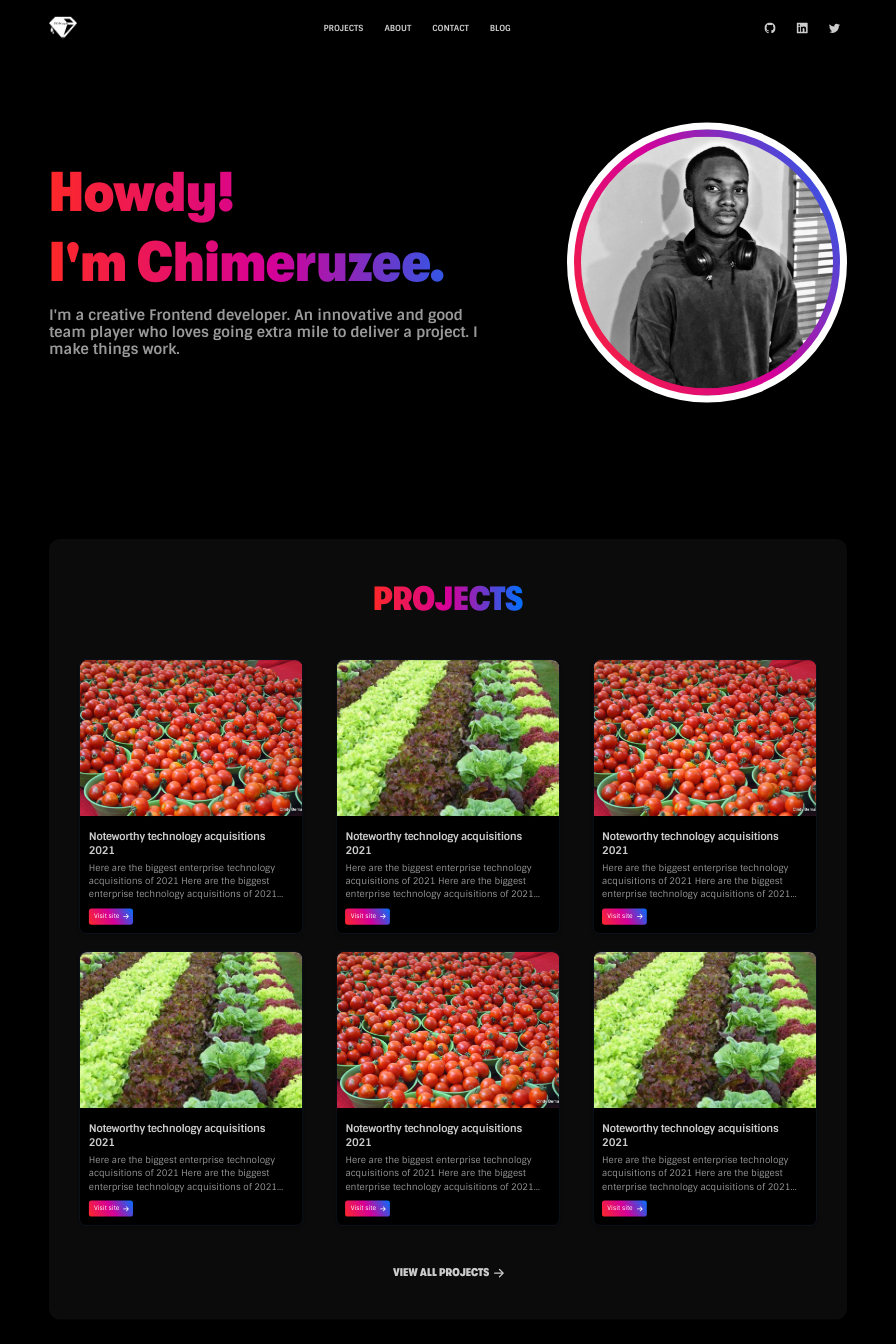
Repository: Ehceyn/ChimeruzeePortfolio
Page: /
These files come from the project's save history. The page is drawn as it stood at one moment and after the next save; the edit follows.
The browser window is 1280 px wide. The pictures show the part of the page from y = 0 to 1920 px (the page is 2801 px tall), at 70% of full size.
The project was rebuilt for these pictures with package versions that can differ from the ones it lists, and the page was loaded fresh each time. The framework's server and built-in components were replaced by stand-ins that run in the browser. Also part of the build but not shown: next.config.js.

Above is the page before, as saved 2022-07-04 22:28:27.

### pages/_app.js
import Layout from "../src/components/Layout/Layout";
import "../styles/global.css";

function MyApp({ Component, pageProps }) {
  return (
    <Layout>
      <Component {...pageProps} />
    </Layout>
  );
}

export default MyApp;

### pages/index.js
import MetaHead from "../src/components/MetaHead/MetaHead";
import Header from "../src/components/Header/Header";
import Hero from "../src/components/Hero/Hero";
import Projects from "../src/components/Projects/Projects";
import Technologies from "../src/components/Technologies/Technologies";
import Timeline from "../src/components/Timeline/Timeline";
import Accomplishments from "../src/components/Accomplishments/Accomplishments";
import Contact from "../src/components/Contact/Contact";
import Footer from "../src/components/Footer/Footer";

export default function Home() {
  return (
    <>
      <MetaHead
        title="Chimeruzee | Front-end developer"
        contentKeyword="web development, react development, frontend development, web design, programming"
        contentDescription="A Web designer and developer's portfolio"
      />
      <Header />
      <Hero />
      <Projects />
      <Technologies />
      <Timeline />
      <Accomplishments />
      <Contact />
      <Footer />
    </>
  );
}

### src/components/Layout/Layout.js
import React from "react";

function Layout({ children }) {
  return <>{children}</>;
}

export default Layout;

### styles/global.css
@font-face {
  font-family: GTWalsheimPro;
  src: url(/fonts/GTWalsheimPro-CondensedBlack/GTWalsheimPro-CondensedBlack.ttf); /* IE9 Compat Modes */
  src: url(/fonts/GTWalsheimPro-CondensedBlack/GTWalsheimPro-CondensedBlack.ttf?iefix)
      format("embedded-opentype") /* IE6-IE8 */,
    url(/fonts/GTWalsheimPro-CondensedBlack/GTWalsheimPro-CondensedBlack.woff)
      format("woff") /* Super Modern Browsers */,
    url(/fonts/GTWalsheimPro-CondensedBlack/GTWalsheimPro-CondensedBlack.woff2)
      format("woff2") /* Pretty Modern Browsers */,
    url(/fonts/GTWalsheimPro-CondensedBlack/GTWalsheimPro-CondensedBlack.ttf)
      format("truetype"); /* Safari, Android, iOS */
  font-weight: 900;
  font-style: normal;
}

@font-face {
  font-family: Sintony-Bold;
  src: url(/fonts/Sintony/Sintony-Bold.ttf); /* IE9 Compat Modes */
  font-style: normal;
}

@font-face {
  font-family: Sintony-Regular;
  src: url(/fonts/Sintony/Sintony-Regular.ttf); /* IE9 Compat Modes */
  font-style: normal;
}

@tailwind base;
@tailwind components;
@tailwind utilities;

* {
  box-sizing: border-box;
  margin: 0;
  padding: 0;
}
html {
  font-size: 62.5%;
  scroll-behavior: smooth;
  background: black;
}
body {
  font-family: Sintony-Regular, "Segoe UI", sans-serif;
  font-size: 1.6rem;
  background: black;
  color: #ccc;
  cursor: default;
  max-width: 1700px;
  margin: auto;
}
h1 {
  display: flex;
  align-items: center;
  width: 100%;
  height: fit-content;
  font-size: 5em;
  color: gray;
  background: -webkit-linear-gradient(180deg, #0070fdff, #d50098ff, #fd2828);
  -webkit-background-clip: text;
  -webkit-text-fill-color: transparent;
  flex-wrap: wrap;
}
h2 {
  display: flex;
  align-items: center;
  width: fit-content;
  height: fit-content;
  font-size: 3em;
  color: gray;
  background: -webkit-linear-gradient(180deg, #0070fdff, #d50098ff, #fd2828);
  -webkit-background-clip: text;
  -webkit-text-fill-color: transparent;
  flex-wrap: wrap;
}
h3 {
  font-family: Sintony-Bold, "Segoe UI", sans-serif;
  font-size: 1.3em;
  line-height: 1.2;
  color: #999;
}

h4 {
  font-family: Sintony-Bold, "Segoe UI", sans-serif;
  font-size: 1.3em;
  line-height: 1.2;
}

p {
  font-size: 0.8em;
  color: #999;
  line-height: 1.5;
}

h1,
h2,
h5,
h6,
button {
  font-family: GTWalsheimPro, "Segoe UI", sans-serif;
}

.card-text {
  overflow: hidden;
  text-overflow: ellipsis;
  display: -webkit-box;
  -webkit-line-clamp: 3; /* number of lines to show */
  -webkit-box-orient: vertical;
}

nav .navlinks {
  display: flex;
  align-items: center;
  width: fit-content;
  height: inherit;
  text-transform: uppercase;
  font-size: 12px;
  font-family: Sintony-Bold, "Segoe UI", sans-serif;
  cursor: pointer;
}

nav .navlinks:focus {
  color: #0070fdff;
}

a {
  text-decoration: none;
}
li {
  list-style: none;
}

.sectionStyle {
  display: flex;
  align-items: center;
  width: 100%;
  height: fit-content;
  padding: 30px 100px;
}

/* Linear Gradient background for hero image */
.background {
  background: -webkit-linear-gradient(210deg, #0070fdff, #d50098ff, #fd2828);
}
/* Linear Gradient Border for hero image */
.border-gradient {
  background: linear-gradient(210deg, #0070fdff, #d50098ff, #fd2828) border-box,
    linear-gradient(210deg, #0070fdff, #d50098ff, #fd2828) padding-box;
}

.hero {
  /* position: relative; */
  z-index: 10;
  background-color: rgba(179, 174, 174, 0.562);
}

/* .hero::before {
  content: "";
  background-size: cover;
  position: absolute;
  z-index: -1;
  top: 0px;
  right: 0px;
  bottom: 0px;
  left: 0px;
  opacity: 0.95;
  background: url("/images/meruz-bw.jpg") no-repeat center/cover;
} */

/*
   accent1: "hsl(34.9,98.6%,72.9%)",
    button: "hsl(205.1,100%,36.1%)",
    background2: "hsl(232.7,27.3%,23.7%)", */

### src/components/MetaHead/MetaHead.js
import Head from "next/head";

import React from "react";

function MetaHead(props) {
  return (
    <Head>
      <title>{props.title}</title>
      <meta name="description" content={props.contentKeyword} />
      <meta name="keywords" content={props.contentDescription} />
      <link rel="icon" href="/favicon.ico" />
    </Head>
  );
}

export default MetaHead;

### src/components/Header/Header.js
import React from "react";
import { BsGithub, BsLinkedin, BsTwitter } from "react-icons/bs";

import Image from "next/image";

function Header() {
  return (
    <header className="flex items-center justify-center w-full h-[80px] px-[70px] fixed bg-[#000000a2] backdrop-blur-md shadow-sm t-0 inset-x-0 z-30">
      <div className="flex items-center justify-between w-[inherit] h-[inherit]">
        <Image
          src="/images/immersewhite.png"
          height="40px"
          width="40px"
          alt="Logo"
          objectFit="contain"
        />
        <nav className="flex items-center w-fit h-fit space-x-4">
          <article className="navlinks hover:bg-[#2020205b] p-4 hover:rounded-lg hover:scale-105 active:scale-100 transition-all duration-200">
            Projects
          </article>
          <article className="navlinks hover:bg-[#2020205b] p-4 hover:rounded-lg hover:scale-105 active:scale-100 transition-all duration-200">
            About
          </article>
          <article className="navlinks hover:bg-[#2020205b] p-4 hover:rounded-lg hover:scale-105 active:scale-100 transition-all duration-200">
            Contact
          </article>
          <article className="navlinks hover:bg-[#2020205b] p-4 hover:rounded-lg hover:scale-105 active:scale-100 transition-all duration-200">
            Blog
          </article>
        </nav>
        <div className="flex items-center w-fit h-[inherit] space-x-4">
          <article className="cursor-pointer hover:bg-[#2020205b] p-4 hover:rounded-lg hover:scale-105 active:scale-100 transition-all duration-200">
            <BsGithub className="text-[#ccc] text-[16px]" />
          </article>
          <article className="cursor-pointer hover:bg-[#2020205b] p-4 hover:rounded-lg hover:scale-105 active:scale-100 transition-all duration-200">
            {" "}
            <BsLinkedin className="text-[#ccc] text-[16px]" />
          </article>
          <article className="cursor-pointer hover:bg-[#2020205b] p-4 hover:rounded-lg hover:scale-105 active:scale-100 transition-all duration-200">
            {" "}
            <BsTwitter className="text-[#ccc] text-[16px]" />
          </article>
        </div>
      </div>
    </header>
  );
}

export default Header;

### src/components/Hero/Hero.js
import React, { useState } from "react";
import { motion } from "framer-motion";
import Image from "next/image";
import { heroImage } from "../../../animations/animation";

function Hero() {
  const [degree, setDegree] = useState(210);
  setInterval(() => {
    if (degree <= 360) {
      setDegree(degree + 5);
    } else {
      setDegree(0);
    }
  }, 1000);

  /* Linear Gradient Border for hero image */
  const borderGradient = {
    background: `linear-gradient(${degree}deg, #0070fdff, #d50098ff, #fd2828) border-box, linear-gradient(${degree}deg, #0070fdff, #d50098ff) padding-box`,
  };

  return (
    <section className="flex justify-between items-center w-full h-[100vh]  pt-[80px] pb-20 px-[70px] ">
      {/* <video
        src="/video/vid.mp4"
        className="absolute t-0 inset-x-0 "
        autoPlay
        loop
        muted
      ></video> */}
      <div className="w-fit leading-tight mr-[100px]">
        <h1>Howdy! </h1>
        <h1>I&apos;m Chimeruzee.</h1>
        <h3 className="flex items-center w-fit max-w-[800px] h-fit py-5 ">
          I&apos;m a creative Frontend developer. An innovative and good team
          player who loves going extra mile to deliver a project. I make things
          work.
        </h3>
      </div>
      <div className="max-w-[400px] min-w-[400px] object-contain ">
        <motion.div
          initial="initial"
          animate="animate"
          transition="transition"
          className="border-[10px] border-white rounded-full object-cover flex justify-center items-center p-[10px] "
          style={borderGradient}
        >
          <Image
            src="/images/meruz-bw.jpg"
            width="400"
            height="400"
            alt="Chimeruzee"
            objectFit="cover"
            className="rounded-full background"
          />
        </motion.div>
      </div>
    </section>
  );
}

export default Hero;

### src/components/Projects/Projects.js
import React from "react";
import Image from "next/image";

function Projects() {
  return (
    <section className="px-[70px] mt-20">
      <div className=" w-full min-h-[80vh] h-fit bg-[#2020205b] rounded-3xl py-20">
        <article className="w-full flex justify-center mb-20">
          <h2>PROJECTS</h2>
        </article>
        {/* All project cards */}
        <div className="w-full grid grid-cols-1 md:grid-cols-3 gap-x-4 gap-y-10 px-10">
          {[
            { src: "/images/test1.jpg", name: "HTML" },
            { src: "/images/test2.jpg", name: "CSS" },
            { src: "/images/test1.jpg", name: "HTML" },
            { src: "/images/test2.jpg", name: "CSS" },
            { src: "/images/test1.jpg", name: "HTML" },
            { src: "/images/test2.jpg", name: "CSS" },
          ].map((r) => (
            <div
              key={r.name}
              className="group max-w-lg bg-black w-[512px] overflow-hidden rounded-2xl border-[1px] border-gray-900 shadow-md object-cover mx-auto"
            >
              <a href="#">
                <Image
                  className="rounded-t-2xl group-hover:scale-105 transition-all duration-200"
                  src={r.src}
                  alt=""
                  width={500}
                  height={350}
                  objectFit="cover"
                />
              </a>
              <div className="p-5">
                <a href="#">
                  <h4 className="mb-2 text-2xl font-bold tracking-tight">
                    Noteworthy technology acquisitions 2021
                  </h4>
                </a>
                <p className="mb-3 w-[300px] h-30 card-text">
                  Here are the biggest enterprise technology acquisitions of
                  2021 Here are the biggest enterprise technology acquisitions
                  of 2021 technology acquisitions of 2021
                </p>
                <a
                  href="#"
                  className="inline-flex items-center py-2 px-3 text-sm font-medium text-center text-white focus:ring-4 focus:outline-none background rounded-md"
                >
                  Visit site
                  <svg
                    className="ml-2 -mr-1 w-4 h-4 group-hover:translate-x-1 transition-all duration-200 ease-in-out"
                    fill="currentColor"
                    viewBox="0 0 20 20"
                    xmlns="http://www.w3.org/2000/svg"
                  >
                    <path
                      fillRule="evenodd"
                      d="M10.293 3.293a1 1 0 011.414 0l6 6a1 1 0 010 1.414l-6 6a1 1 0 01-1.414-1.414L14.586 11H3a1 1 0 110-2h11.586l-4.293-4.293a1 1 0 010-1.414z"
                      clipRule="evenodd"
                    ></path>
                  </svg>
                </a>
              </div>
            </div>
          ))}
        </div>
        <article className="w-full flex justify-center mt-20">
          <button className="group bg-transparent py-2 px-4 uppercase inline-flex items-center">
            View all projects
            <svg
              className="ml-2 -mr-1 w-7 h-7 group-hover:translate-x-1 transition-all duration-200"
              fill="currentColor"
              viewBox="0 0 20 20"
              xmlns="http://www.w3.org/2000/svg"
            >
              <path
                fillRule="evenodd"
                d="M10.293 3.293a1 1 0 011.414 0l6 6a1 1 0 010 1.414l-6 6a1 1 0 01-1.414-1.414L14.586 11H3a1 1 0 110-2h11.586l-4.293-4.293a1 1 0 010-1.414z"
                clipRule="evenodd"
              ></path>
            </svg>
          </button>
        </article>
      </div>
    </section>
  );
}

export default Projects;

### src/components/Technologies/Technologies.js
import React from "react";
import Image from "next/image";

function Technologies() {
  return (
    <section className="px-[70px]">
      <div className=" w-full min-h-[80vh] h-fit py-20">
        <article className="w-full flex justify-center mb-20">
          <h2>TECHNOLOGIES</h2>
        </article>
        <div className="w-full grid grid-cols-2 md:grid-cols-4 gap-x-4 gap-y-10 px-10">
          {[
            { src: "/images/html.png", name: "HTML" },
            { src: "/images/css.png", name: "CSS" },
            { src: "/images/js.png", name: "JavaScript" },
            { src: "/images/react.png", name: "react" },
            { src: "/images/nodejs.png", name: "nodeJS" },
            { src: "/images/nextjs.svg", name: "nextJS" },
            { src: "/images/GraphQL-logo.png", name: "graphQL" },
            { src: "/images/redux.png", name: "Redux" },
            { src: "/images/mongodb.png", name: "MongoDB" },
            { src: "/images/firebase.png", name: "Firebase" },
            { src: "/images/git.png", name: "Git" },
            { src: "/images/tailwind.png", name: "TailwindCss" },
          ].map((r, index) => (
            <div
              key={r.name}
              className="group flex flex-col justify-center items-center bg-[#2020205b] py-10 px-16 rounded-lg shadow-md mx-auto"
            >
              <Image
                src={r.src || "/images/GraphQL-logo.png"}
                alt=""
                width={100}
                height={100}
                objectFit="contain"
              />
              <h4 className="mt-5  text-2xl font-bold tracking-tight capitalize">
                {r.name}
              </h4>
            </div>
          ))}
        </div>
      </div>
    </section>
  );
}

export default Technologies;

### src/components/Timeline/Timeline.js
import React from "react";

function Timeline() {
  return <div>Timeline</div>;
}

export default Timeline;

### src/components/Accomplishments/Accomplishments.js
import React from "react";

function Accomplishments() {
  return <div>Accomplishments</div>;
}

export default Accomplishments;

### animations/animation.js
export const heroImage = {
  initial: {
    rotate: 0,
    // x: -100
  },
  animate: {
    rotate: 180,
    // x: 100
  },
  transition: {
    type: "tween",
    ease: "easeInOut",
    repeat: "Infinity",
    duration: 0.2,
  },
};

### tailwind.config.js
/** @type {import('tailwindcss').Config} */
module.exports = {
  mode: "jit",
  content: ["./src/**/*.{js,jsx,ts,tsx}", "./pages/**/*.{js,jsx,ts,tsx}"],
  theme: {
    extend: {},
    screens: {
      xs: "460px",
      // => @media (min-width: 460px) { ... }
      sm: "640px",
      // => @media (min-width: 640px) { ... }

      md: "768px",
      // => @media (min-width: 768px) { ... }

      md2: "1000px",
      // => @media (min-width: 1000px) { ... }

      md3: "1124px",
      // => @media (min-width: 1124px) { ... }

      lg: "1024px",
      // => @media (min-width: 1024px) { ... }

      xl: "1280px",
      // => @media (min-width: 1280px) { ... }

      "2xl": "1536px",
      // => @media (min-width: 1536px) { ... }
    },
  },
  plugins: [],
};

Loaded but not shown: pages/_document.js (common file); src/components/Contact/Contact.js (common file); src/components/Footer/Footer.js (common file)

After the next save:
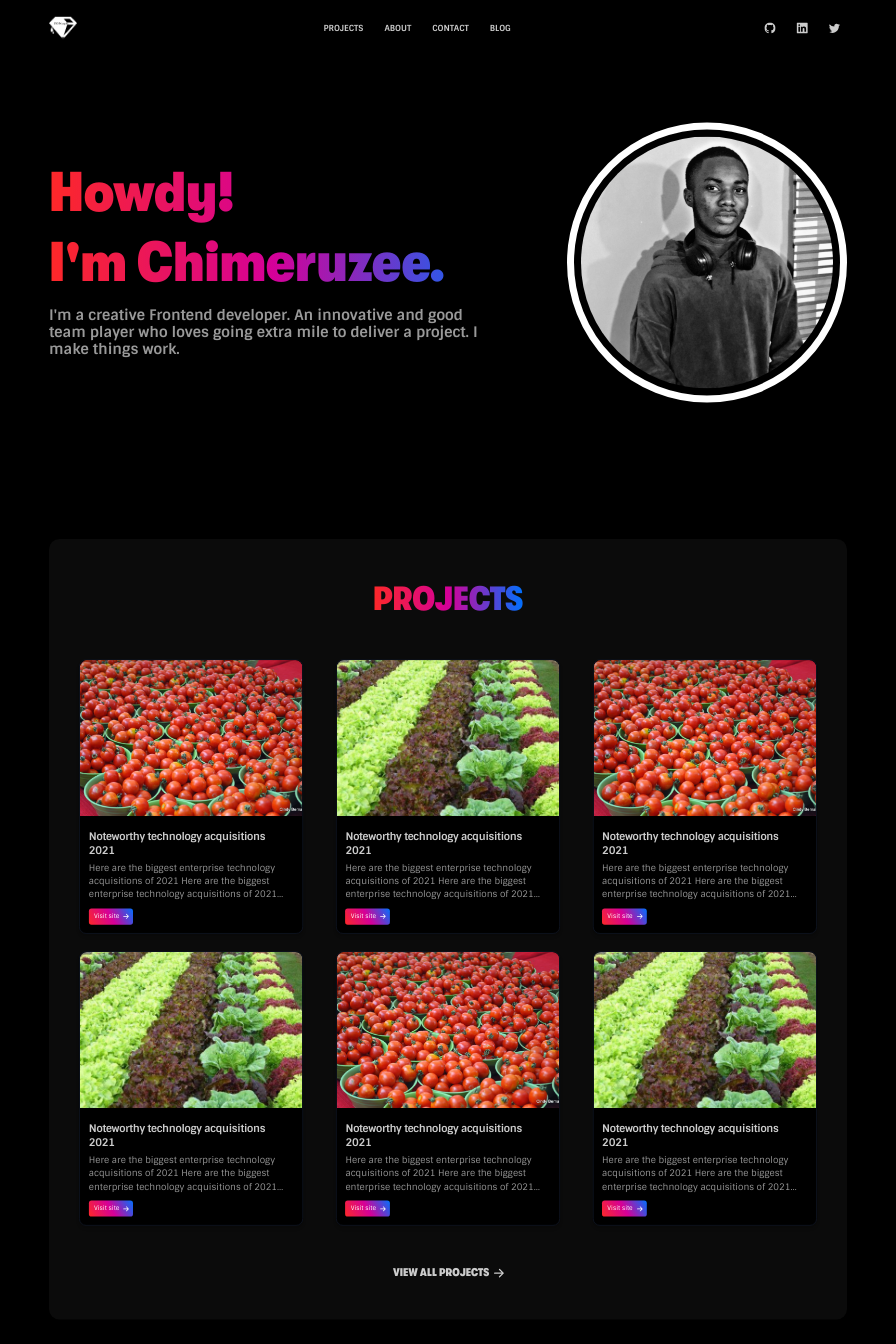
Saved 16 s later.
--- a/src/components/Hero/Hero.js
+++ b/src/components/Hero/Hero.js
@@ -15,7 +15,7 @@
 
   /* Linear Gradient Border for hero image */
   const borderGradient = {
-    background: `linear-gradient(${degree}deg, #0070fdff, #d50098ff, #fd2828) border-box, linear-gradient(${degree}deg, #0070fdff, #d50098ff) padding-box`,
+    background: `linear-gradient(${degree}deg, #0070fdff, #d50098ff, #fd2828) border-box, linear-gradient(${degree}deg, #d50098ff) padding-box`,
   };
 
   return (

After the save that followed:
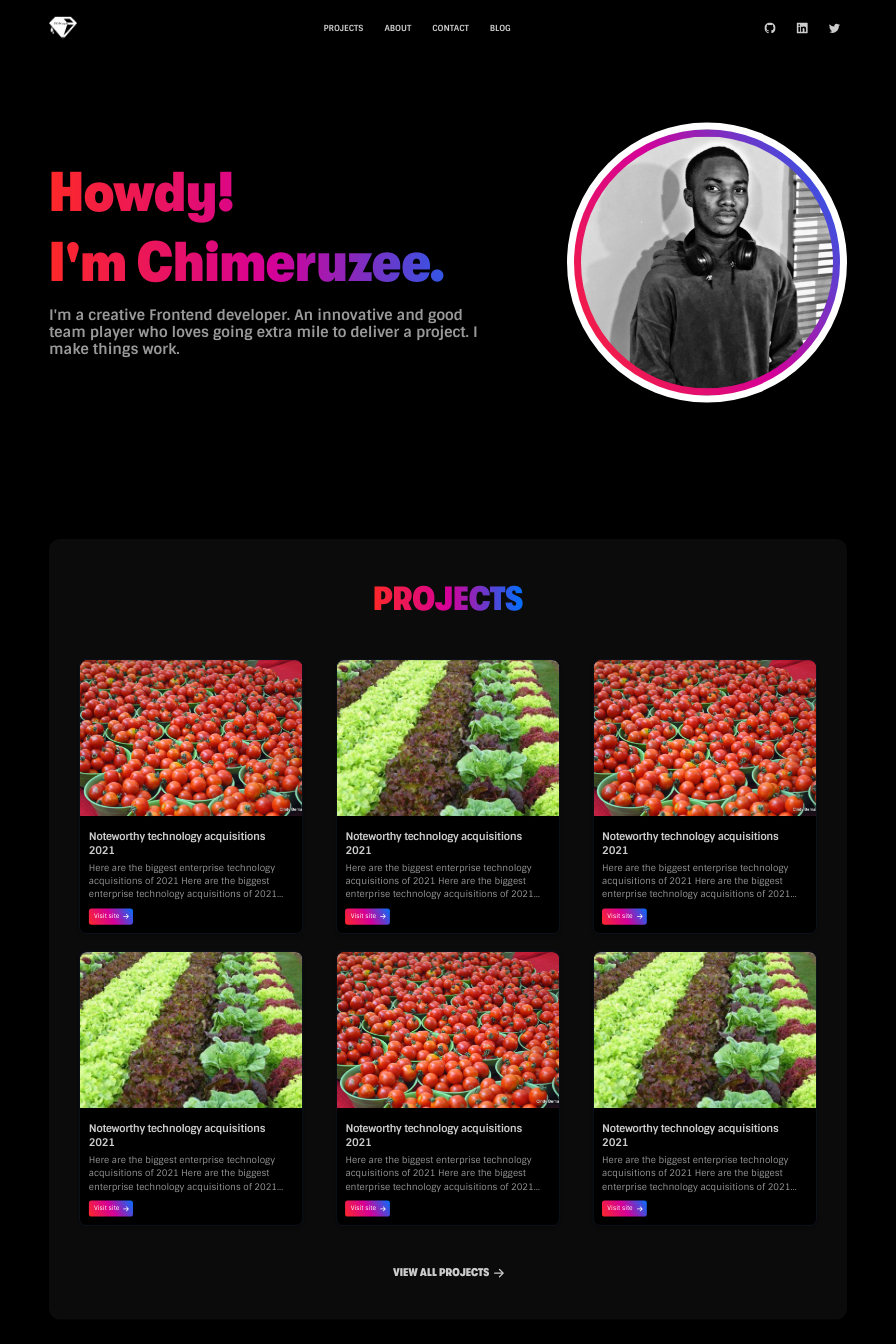
Saved 41 s later.
--- a/src/components/Hero/Hero.js
+++ b/src/components/Hero/Hero.js
@@ -15,7 +15,7 @@
 
   /* Linear Gradient Border for hero image */
   const borderGradient = {
-    background: `linear-gradient(${degree}deg, #0070fdff, #d50098ff, #fd2828) border-box, linear-gradient(${degree}deg, #d50098ff) padding-box`,
+    background: `linear-gradient(${degree}deg, #0070fdff, #d50098ff, #fd2828) border-box, linear-gradient(${degree}deg, #0070fdff, #d50098ff) padding-box`,
   };
 
   return (
